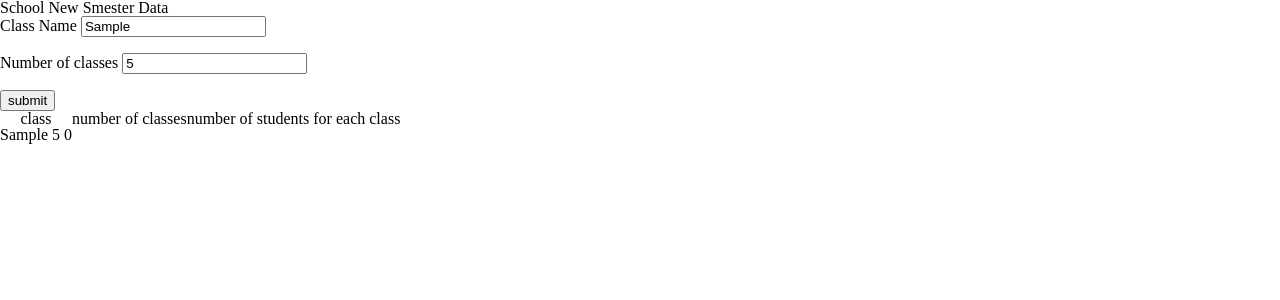
Repository: Razan-am/exam-practice
Page: index.html
An editor plug-in stored every save of this project. The page is shown before and after the next save, followed by the edit.
The browser window is 1280 px wide. The pictures show the whole page.
Empty fields were first filled with sample values (such as "Sample", 5 or name@example.com).
After loading, the first visible `#myForm` was submitted once.

Above is the page before, as saved 2021-05-30 22:39:01.

### index.html
<!DOCTYPE html>
<html lang="en">
<head>
    <meta charset="UTF-8">
    <meta http-equiv="X-UA-Compatible" content="IE=edge">
    <meta name="viewport" content="width=device-width, initial-scale=1.0">
    <title>Document</title>
    <link rel="stylesheet" href="css/reset.css">
    <link rel="stylesheet" href="css/style.css">
</head>
<body>
    <header>
        <h1>School New Smester Data</h1>
    </header>
    <main>
        <form action="" id="myForm">
            <fieldset>
                <label for="className">Class Name</label>
                <input type="text" id="className" name="className" placeholder="9th">
                <br/><br/>
                <label for="classNumber">
                    Number of classes
                </label>
                <input type="number" id="classNamber" name="classNumber">
                <br/><br/>
                <input type="submit" value="submit">
            </fieldset>
        </form>
        <div id="table"></div>
    </main>
    <footer></footer>
    <script src="js/app.js"></script>
</body>
</html>

### js/app.js
'use strict';

let myForm = document.getElementById('myForm');
let myTable = document.getElementById('table');

let headerData = ['class','number of classes','number of students for each class']

let mainArr = [];
function Myform (className,numberOfClasses){
    this.className = className;
    this.numberOfClasses = numberOfClasses;
    this.randomNumber = 0;
    mainArr.push(this);
}
console.log(mainArr);
function random(min,max) {
    mainArr.randomNumber = Math.floor(Math.random() * (max - min + 1)) + min;
}
myForm.addEventListener('submit',handleSubmit);

function handleSubmit(event){
    event.preventDefault();
    let className = event.target.className.value;
    let classNumber = event.target.classNumber.value;
    new Myform(className,classNumber);
    render();
}

let tabelEl = document.createElement('table');
myTable.appendChild(tabelEl);
function render (){
    tabelEl.textContent='';
    let headerEl = document.createElement('tr');
    tabelEl.appendChild(headerEl);
    for (let index = 0; index < headerData.length; index++) {
        let thEl = document.createElement('th');
        headerEl.appendChild(thEl);
        thEl.textContent = `${headerData[index]}`
    }
    let tBody = document.createElement('tr');
    tabelEl.appendChild(tBody);
    for (let i = 0; i < mainArr.length; i++) {
        let tdEl = document.createElement('td');
        tBody.appendChild(tdEl);
        tdEl.textContent = `${mainArr[i].className} ${mainArr[i].numberOfClasses} ${mainArr[i].randomNumber}`;
    }
}
random(1,10);

Loaded but not shown: css/reset.css (common file); css/style.css (no copy from this time; the picture is the same without it)

After the next save:
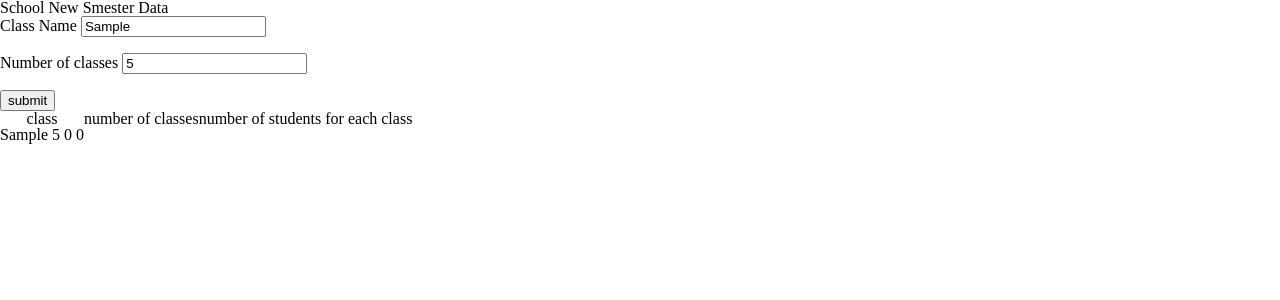
Saved 4 min 17 s later.
--- a/js/app.js
+++ b/js/app.js
@@ -10,11 +10,21 @@ function Myform (className,numberOfClasses){
     this.className = className;
     this.numberOfClasses = numberOfClasses;
     this.randomNumber = 0;
+    this.total = 0 ;
     mainArr.push(this);
 }
 console.log(mainArr);
+
 function random(min,max) {
     mainArr.randomNumber = Math.floor(Math.random() * (max - min + 1)) + min;
+}
+
+function totals() {
+    let sum = 0;
+    for (let index = 0; index < mainArr.length; index++) {
+        sum += mainArr.numberOfClasses;
+        mainArr.total = sum;
+    }
 }
 myForm.addEventListener('submit',handleSubmit);
 
@@ -42,7 +52,7 @@ function render (){
     for (let i = 0; i < mainArr.length; i++) {
         let tdEl = document.createElement('td');
         tBody.appendChild(tdEl);
-        tdEl.textContent = `${mainArr[i].className} ${mainArr[i].numberOfClasses} ${mainArr[i].randomNumber}`;
+        tdEl.textContent = `${mainArr[i].className} ${mainArr[i].numberOfClasses} ${mainArr[i].randomNumber} ${mainArr[i].total}`;
     }
 }
 random(1,10);
